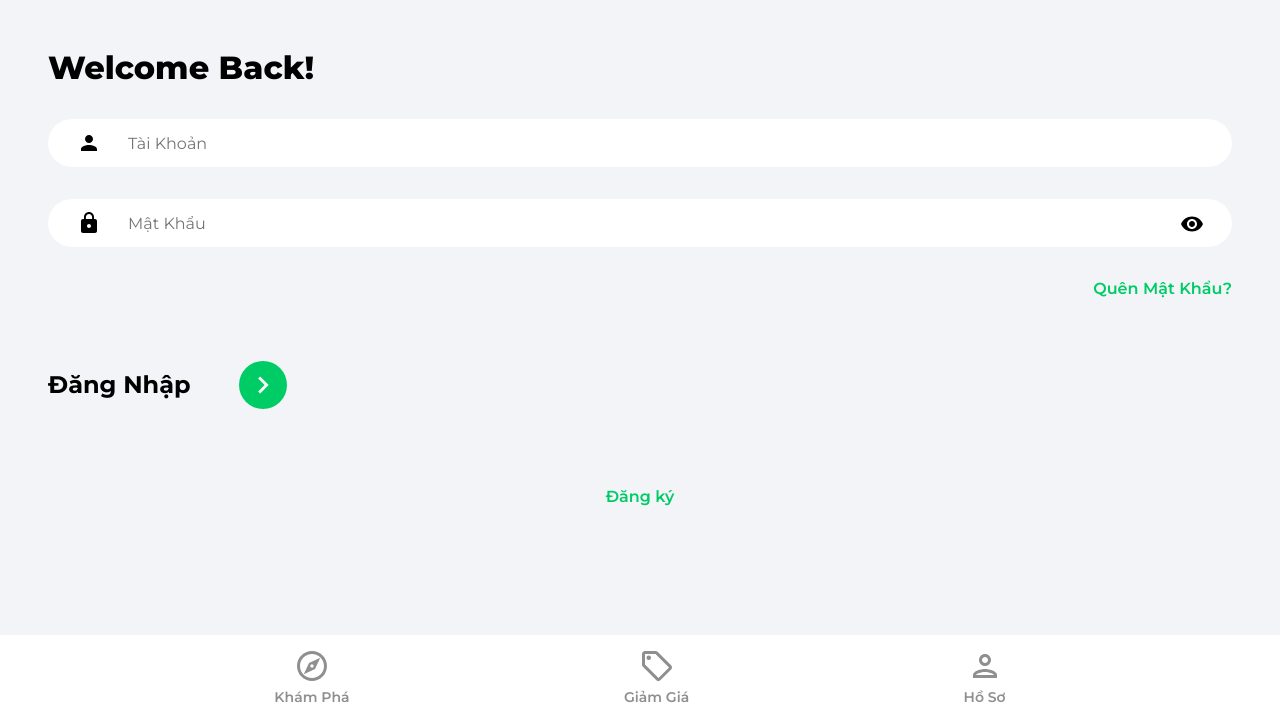
Repository: haokiet2501/house-demo
Page: /sign-in
An editor plug-in stored every save of this project. The page is shown before and after a run of saves, followed by the edit.
The browser window is 1280 px wide. The pictures show the whole page.
The project was rebuilt for these pictures with package versions that can differ from the ones it lists, and the page was loaded fresh each time. Also part of the build but not shown: src/pages/Explore.jsx, src/pages/Offers.jsx, src/pages/Profile.jsx, src/firebase.config.js, src/pages/SignUp.jsx, src/pages/ForgotPassword.jsx.

Above is the page before, as saved 2022-03-16 10:29:49.

After the next 2 saves:
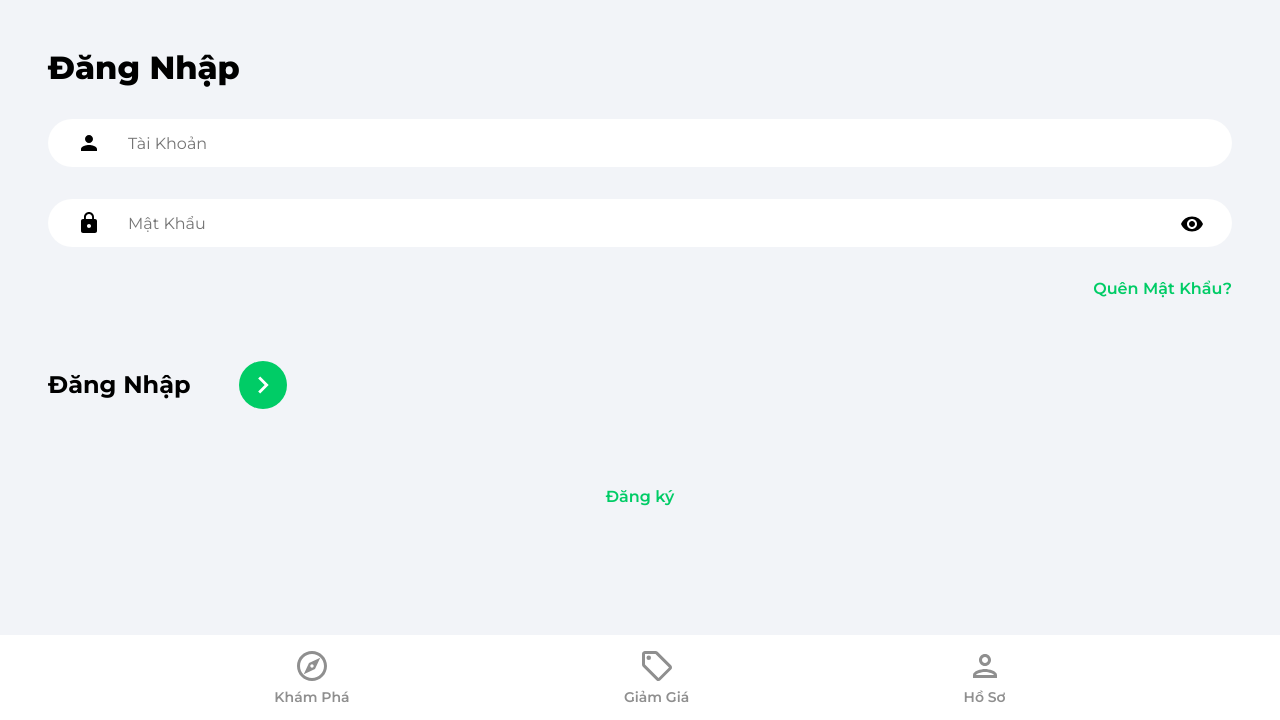
The 2 saves are shown as one change because they came seconds apart.
The last was saved 33 s later.
--- a/src/pages/SignIn.jsx
+++ b/src/pages/SignIn.jsx
@@ -43,7 +43,7 @@ function SignIn() {
         <>
             <div className="pageContainer">
                 <header>
-                    <p className="pageHeader">Welcome Back!</p>
+                    <p className="pageHeader">Đăng Nhập</p>
                 </header>
 
                 <form onSubmit={onSubmit}>
